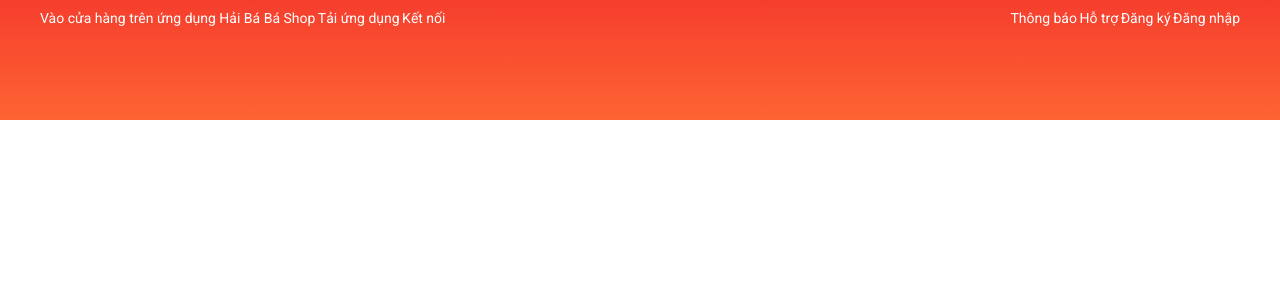
Repository: 0385246651/Shoppee-UI
Page: index.html
An editor plug-in stored every save of this project. The page is shown before and after the next save, followed by the edit.
The browser window is 1280 px wide. The pictures show the whole page.

Above is the page before, as saved 2022-11-03 17:33:53.

### index.html
<!DOCTYPE html>
<html lang="en">

<head>
    <meta charset="UTF-8">
    <meta http-equiv="X-UA-Compatible" content="IE=edge">
    <meta name="viewport" content="width=device-width, initial-scale=1.0">
    <title>Shoppee Fake</title>
    <link rel="stylesheet" href="https://cdnjs.cloudflare.com/ajax/libs/normalize/8.0.1/normalize.min.css"
        integrity="sha512-NhSC1YmyruXifcj/KFRWoC561YpHpc5Jtzgvbuzx5VozKpWvQ+4nXhPdFgmx8xqexRcpAglTj9sIBWINXa8x5w=="
        crossorigin="anonymous" referrerpolicy="no-referrer" />

    <link rel="preconnect" href="https://fonts.googleapis.com">
    <link rel="preconnect" href="https://fonts.gstatic.com" crossorigin>
    <link href="https://fonts.googleapis.com/css2?family=Roboto:wght@400;500;700&display=swap" rel="stylesheet">

    <link rel="stylesheet" href="./assets/css/base.css">
    <link rel="stylesheet" href="./assets/css/main.css">
</head>

<body>
    <div class="app ">
        <header class="header">
            <div class="grib">
                <nav class="header__navbar">
                    <ul class="header__navbar-list">
                        <li class="header__navbar-item">
                            Vào cửa hàng trên ứng dụng Hải Bá Bá Shop
                        </li>

                        <li class="header__navbar-item">
                            Tải ứng dụng
                        </li>

                        <li class=" header__navbar-item">
                            Kết nối
                        </li>
                    </ul>

                    <ul class="header__navbar-list">
                        <li class="header__navbar-item">
                            <a href="#" class="header__navbar-item-link">Thông báo</a>
                        </li>

                        <li class="header__navbar-item">
                            <a href="#" class="header__navbar-item-link">Hỗ trợ</a>

                        </li>

                        <li class=" header__navbar-item">
                            Đăng ký
                        </li>

                        <li class=" header__navbar-item">

                            Đăng nhập
                        </li>
                    </ul>
                </nav>
            </div>
        </header>

        <div class=" container">

        </div>

        <footer class="footer"></footer>
    </div>
</body>

</html>

### assets/css/base.css
/* Reset CSS */
:root{
    --white-color: #fff;
    --black-color: #000;
    ---text-color: #333;
}

*{
    box-sizing: inherit;

}

html{
    /* Hack  */
    font-size: 62.5%;
    line-height: 1.6rem;
    font-family: 'Roboto', sans-serif;
    box-sizing: border-box;
}

body{

}

.grib{
    width: 1200px;
    max-width: 100%;
    margin: 0 auto;
}

.grib__full-width{
    width: 100%;
}

.grib__row{
    display: flex;
    flex-wrap: wrap;
}

### assets/css/main.css
.header{
    height: 120px;
    background-image: linear-gradient(0, #fe6433, #f53e2d);
    }

    .header__navbar{
        display: flex;
        justify-content: space-between;
    }

    .header__navbar-list{
        list-style: none;
        padding-left: 0;
    }

    .header__navbar-item,
    .header__navbar-item-link{
        display: inline-block;
        font-size: 1.4rem;
        color: var(--white-color);
        text-decoration: none;
        font-weight: 300
    }

After the next save:
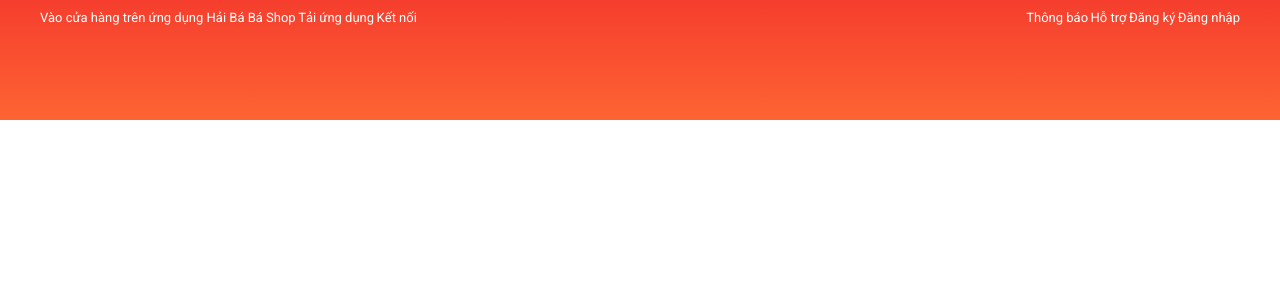
Saved 12 s later.
--- a/assets/css/main.css
+++ b/assets/css/main.css
@@ -16,7 +16,7 @@
     .header__navbar-item,
     .header__navbar-item-link{
         display: inline-block;
-        font-size: 1.4rem;
+        font-size: 1.3rem;
         color: var(--white-color);
         text-decoration: none;
         font-weight: 300
